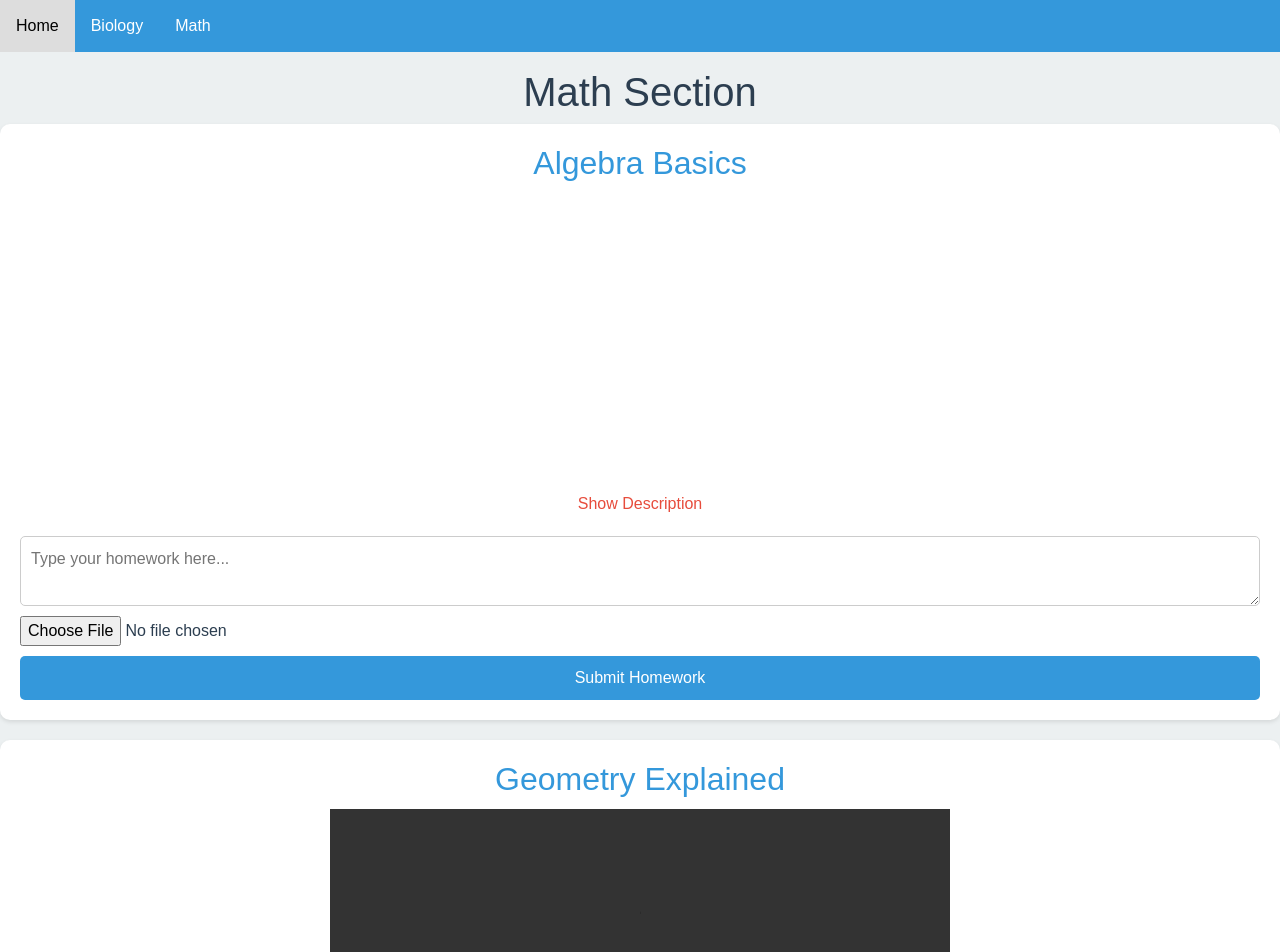
Repository: krmvz/BEMath.kg
Page: /math
These files come from the project's save history. The page is drawn as it stood at one moment and after a run of saves; the edit follows.
The browser window is 1280 px wide. The pictures show the part of the page from y = 0 to 952 px (the page is 1357 px tall).
Pictures or frames that could not be fetched are drawn as grey boxes. The project was rebuilt for these pictures with package versions that can differ from the ones it lists, and the page was loaded fresh each time. Also part of the build but not shown: src/firebase.js, src/components/auth/sign.scss, src/components/auth/SignIn.jsx, src/components/auth/SignUp.jsx, src/components/dashboard/Dashboard.jsx, src/components/Biology/biology.jsx.

Above is the page before, as saved 2023-12-19 10:13:12.

### src/App.js
import './App.css';
import SignIn from './components/auth/SignIn';
import SignUp from './components/auth/SignUp';
// import AuthDetails from './components/AuthDetails';
import {BrowserRouter, Route, Routes } from "react-router-dom";
import React from 'react';
import Dashboard from './components/dashboard/Dashboard';
import "bootstrap/dist/css/bootstrap.min.css";
import Biology from './components/Biology/biology';
import Math from './components/Math/math';

function App() {
  return (
    <div className="App">
      <BrowserRouter>
        <Routes>
          <Route exact path="/" element={<SignIn/>}></Route>
          <Route exact path="/d" element={<SignUp/>}></Route>
          <Route exact path="/dashboard" element={<Dashboard/>}></Route>
          <Route exact path="/bio" element={<Biology/>}></Route>
          <Route exact path="/eng" element={<Dashboard/>}></Route>
          <Route exact path="/math" element={<Math/>}></Route>

        </Routes>
      </BrowserRouter>
    </div>
  );
}

export default App;

### src/components/Math/math.jsx
// Math.jsx

import React, { useState } from 'react';
import { Link } from 'react-router-dom'; // Import Link from react-router-dom
import './math.scss'; // Make sure to create a math.scss file for styling
import ReactPlayer from 'react-player';

const Math = () => {
  const [showDescription, setShowDescription] = useState(false);
  const [homework, setHomework] = useState('');
  const [submittedHomework, setSubmittedHomework] = useState(null);
  const [file, setFile] = useState(null);

  const mathVideos = [
    { id: 1, url: 'https://www.youtube.com/watch?v=NybHckSEQBI', title: 'Algebra Basics', description: 'An introduction to fundamental algebra concepts.' },
    { id: 2, url: 'https://www.youtube.com/watch?v=example2', title: 'Geometry Explained', description: 'Exploring key principles in geometry.' },
    // Add more videos as needed
  ];

  const toggleDescription = () => {
    setShowDescription(!showDescription);
  };

  const handleHomeworkChange = (event) => {
    setHomework(event.target.value);
  };

  const handleFileChange = (event) => {
    setFile(event.target.files[0]);
  };

  const handleSubmitHomework = (videoTitle) => {
    // Handle the submission of homework (you can send it to a server or store it locally)
    setSubmittedHomework(`Homework for "${videoTitle}": ${homework}`);
    setHomework('');
    setFile(null);
  };

  return (
    <div>
      {/* Navigation Bar */}
      <nav>
        <ul>
          <li><Link to="/">Home</Link></li>
          <li><Link to="/bio">Biology</Link></li>
          <li><Link to="/math">Math</Link></li>
          {/* Add links for other sections as needed */}
        </ul>
      </nav>

      <h1>Math Section</h1>
      <div>
        {mathVideos.map(video => (
          <div key={video.id} className="video-container">
            <h2>{video.title}</h2>
            <div className="player-wrapper">
              <ReactPlayer
                url={video.url}
                controls
                width="100%"
                height="300px"
              />
            </div>
            <p className={`description ${showDescription ? 'visible' : ''}`}>{video.description}</p>
            <div className="description-toggle" onClick={toggleDescription}>
              {showDescription ? 'Hide Description' : 'Show Description'}
            </div>

            {/* Homework Section */}
            <div className="homework-section">
              <textarea
                placeholder="Type your homework here..."
                value={homework}
                onChange={handleHomeworkChange}
              />
              <input
                type="file"
                onChange={handleFileChange}
              />
              <button onClick={() => handleSubmitHomework(video.title)}>Submit Homework</button>
              {submittedHomework && <p className="submitted-homework">{submittedHomework}</p>}
            </div>
          </div>
        ))}
      </div>
    </div>
  );
};

export default Math;

### src/components/Biology/biology.scss
// biology.scss

$primary-color: #3498db;
$background-color: #ecf0f1;
$text-color: #2c3e50;
$accent-color: #e74c3c;

body {
  font-family: 'Arial', sans-serif;
  background-color: $background-color;
  color: $text-color;
  margin: 0;
  padding: 0;
}

.video-container {
  margin-bottom: 20px;
  padding: 20px;
  border-radius: 10px;
  background-color: #fff;
  box-shadow: 0 2px 4px rgba(0, 0, 0, 0.1);

  h2 {
    color: $primary-color;
    margin-bottom: 10px;
  }

  .player-wrapper {
    width: 50%;
    margin: 0 auto;
  }

  p {
    margin-top: 10px;
    font-size: 16px;
    color: $text-color;
  }

  .description-toggle {
    cursor: pointer;
    color: $accent-color;

    &:hover {
      text-decoration: underline;
    }
  }

  .description {
    display: none;
    margin-top: 15px;

    &.visible {
      display: block;
    }
  }
  // biology.scss

// ... (previous styles)

.homework-section {
    margin-top: 20px;
    display: flex;
    flex-direction: column;

    textarea {
      margin-bottom: 10px;
      padding: 10px;
      border: 1px solid #ccc;
      border-radius: 5px;
    }

    input {
      margin-bottom: 10px;
    }

    button {
      background-color: #3498db;
      color: #fff;
      padding: 10px;
      border: none;
      border-radius: 5px;
      cursor: pointer;

      &:hover {
        background-color: #2980b9;
      }
    }

    .submitted-homework {
      margin-top: 10px;
      color: #27ae60;
    }
  }

}

### src/components/Math/math.scss
// $study-blue: #3498db;

nav {
    // background-color: #3498db;
    .math-container {
        max-width: 1200px;  // Adjust the maximum width as needed
        margin: 0 auto;     // Center the container horizontally
        padding: 20px;      // Add some padding for spacing

        // Add more styling as needed
        background-color: #f7f7f7;  // Example background color
        border: 1px solid #ddd;    // Example border
        box-shadow: 0 0 10px rgba(0, 0, 0, 0.1);  // Example box shadow
    }

    ul {
        list-style: none;
        padding: 0;
        background-color: #3498db;
        overflow: hidden;

        li {
        float: left;

        a {
            display: block;
            color: white;
            text-align: center;
            padding: 14px 16px;
            text-decoration: none;

            &:hover {
            background-color: #ddd;
            color: black;
            }
        }
    }
}
}

Loaded but not shown: src/index.js (common file); src/index.css (common file); src/reportWebVitals.js (common file); src/App.css (common file)

After the next 2 saves:
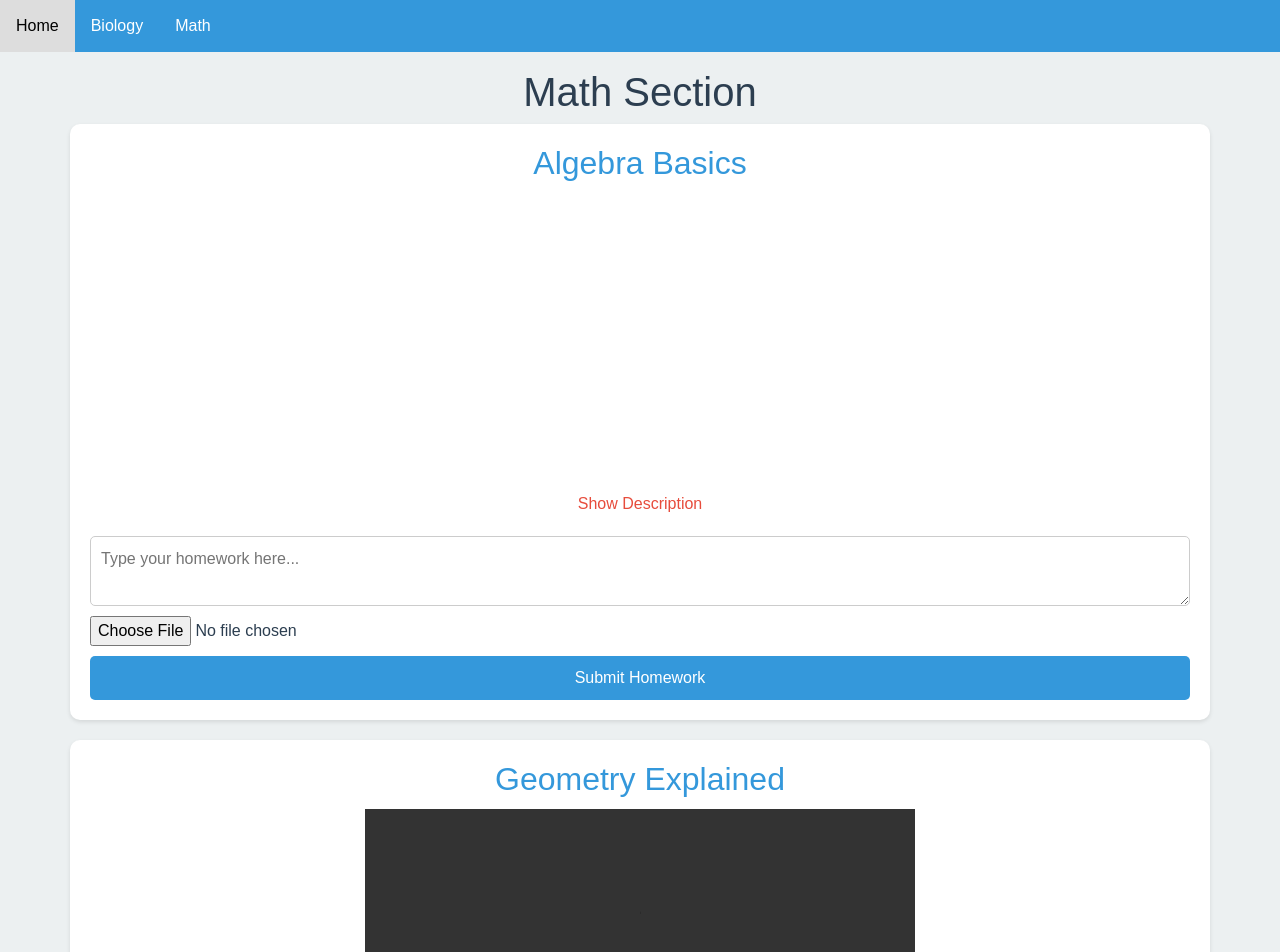
The 2 saves are shown as one change because they came seconds apart.
The last was saved 20 s later.
--- a/src/components/Math/math.jsx
+++ b/src/components/Math/math.jsx
@@ -51,7 +51,7 @@ const Math = () => {
       <h1>Math Section</h1>
       <div>
         {mathVideos.map(video => (
-          <div key={video.id} className="video-container">
+          <div key={video.id} className="video-container container">
             <h2>{video.title}</h2>
             <div className="player-wrapper">
               <ReactPlayer
